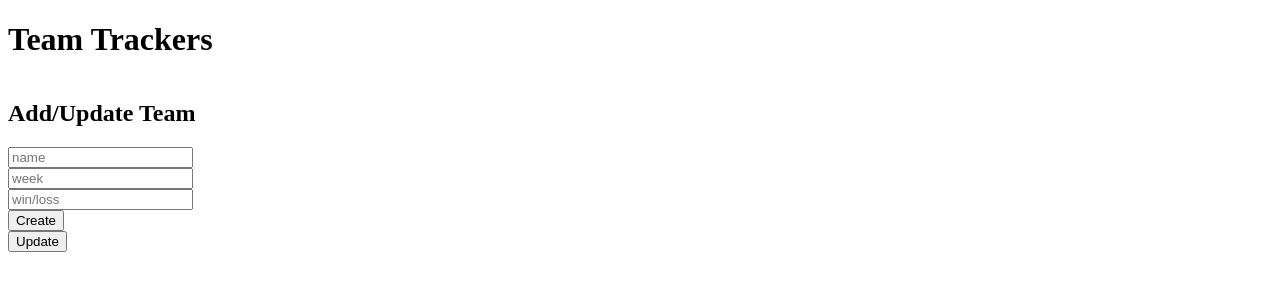
Repository: SamRyzek/TeamTracker
Page: TeamRest/WebContent/JQindex.html
These files come from the project's save history. The page is drawn as it stood at one moment and after the next save; the edit follows.
The browser window is 1280 px wide. The pictures show the whole page.
The page's requests for data from a server got no answer. Some web libraries are served in a nearby version.

Above is the page before, as saved 2017-10-21 22:24:46.

After the next save:
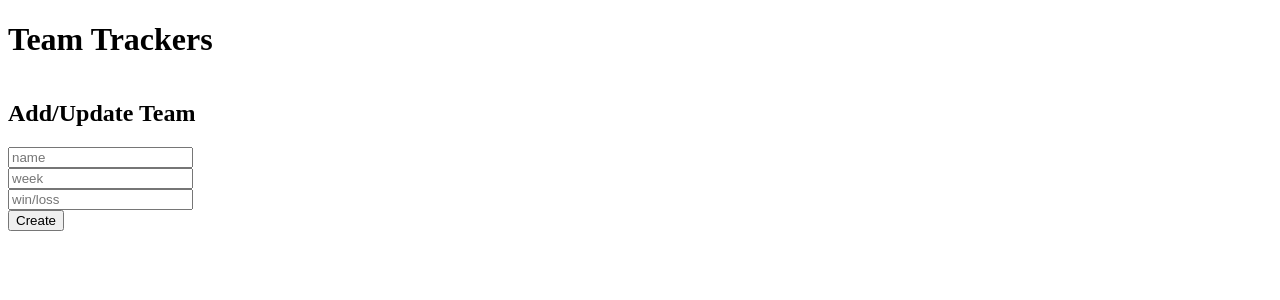
Saved 64 s later.
--- a/TeamRest/WebContent/JQindex.html
+++ b/TeamRest/WebContent/JQindex.html
@@ -16,7 +16,6 @@
             <input type='text' name='gameWeek' placeholder="week"></input><br>
             <input type='text' name='winOrLoss' placeholder="win/loss"></input><br>
             <input type='submit' id="create" name='submit' value="Create"><br>
-            <input type='submit' id="update" name='submit' value="Update"><br>
         </form>
 
 
